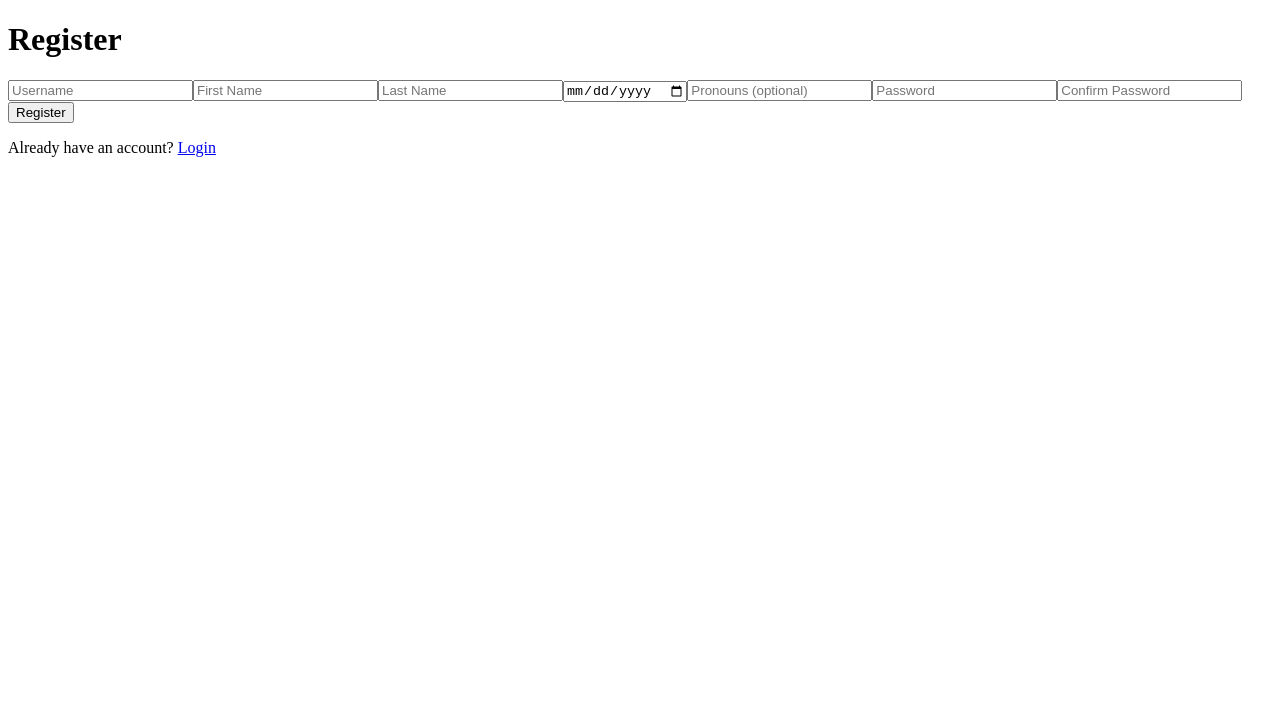
Repository: BMXracer44/CalendarConnect
Page: /register (app in frontend/)
The author's editor kept a copy of each file at every save. The page is drawn from the files as they stood at one save, then again after the next save.
The browser window is 1280 px wide. The pictures show the whole page.
The project was rebuilt for these pictures with package versions that can differ from the ones it lists, and the page was loaded fresh each time. Also part of the build but not shown: frontend/src/pages/Login.jsx.

Above is the page before, as saved 2026-04-01 12:07:54.

### frontend/src/index.js
import React from "react";
import ReactDOM from "react-dom/client";
import { RouterProvider } from "react-router-dom";
import { router } from "./router";
import "./index.css";


ReactDOM.createRoot(document.getElementById("root")).render(
  <RouterProvider router={router} />
);

### frontend/src/router.jsx
import { createBrowserRouter } from "react-router-dom";
import App from "./App";
import Login from "./pages/Login";
import Register from "./pages/Register";
import Home from "./pages/Home";

export const router = createBrowserRouter([
  {
    path: "/",
    element: <App />,   // 👈 use App here
    children: [
      { index: true, element: <Login /> },     // "/"
      { path: "register", element: <Register /> },
      { path: "home", element: <Home /> }
    ]
  }
]);

### frontend/src/App.js
import { Outlet } from "react-router-dom";

function App() {
  return (
    <div>
      <Outlet />
    </div>
  );
}

export default App;

### frontend/src/pages/Register.jsx
import React, { useState } from "react";
import { Link } from "react-router-dom";


const Register = () => {
  const [formData, setFormData] = useState({
    username: "",
    firstName: "",
    lastName: "",
    dateOfBirth: "",
    pronouns: "",
    password: "",
    confirmPassword: ""
  });

  const handleChange = (e) => {
    setFormData({
      ...formData,
      [e.target.name]: e.target.value
    });
  };

  const validatePassword = (password) => {
    const passwordRegex =
      /^(?=.*[0-9])(?=.*[!@#$%^&*])[A-Za-z0-9!@#$%^&*]{8,}$/;

    return passwordRegex.test(password);
  };

  const isAtLeast13 = (dob) => {
    const birthDate = new Date(dob);
    const today = new Date();

    let age = today.getFullYear() - birthDate.getFullYear();
    const monthDiff = today.getMonth() - birthDate.getMonth();

    if (
      monthDiff < 0 ||
      (monthDiff === 0 && today.getDate() < birthDate.getDate())
    ) {
      age--;
    }

    return age >= 13;
  };

  const handleSubmit = (e) => {
    e.preventDefault();

    if (
      !formData.username ||
      !formData.firstName ||
      !formData.lastName ||
      !formData.dateOfBirth ||
      !formData.password ||
      !formData.confirmPassword
    ) {
      alert("Please fill in all required fields.");
      return;
    }

    if (!isAtLeast13(formData.dateOfBirth)) {
      alert("You must be at least 13 years old to register.");
      return;
    }

    if (!validatePassword(formData.password)) {
      alert(
        "Password must be at least 8 characters long and include a number and a special character."
      );
      return;
    }

    if (formData.password !== formData.confirmPassword) {
      alert("Passwords do not match!");
      return;
    }

    console.log("Register submitted:", formData);
  };

  return (
    <div className="register">
      <h1>Register</h1>

      <form onSubmit={handleSubmit}>
        <input
          type="text"
          name="username"
          placeholder="Username"
          value={formData.username}
          onChange={handleChange}
        />

        <input
          type="text"
          name="firstName"
          placeholder="First Name"
          value={formData.firstName}
          onChange={handleChange}
        />

        <input
          type="text"
          name="lastName"
          placeholder="Last Name"
          value={formData.lastName}
          onChange={handleChange}
        />

        <input
          type="date"
          name="dateOfBirth"
          value={formData.dateOfBirth}
          onChange={handleChange}
        />

        <input
          type="text"
          name="pronouns"
          placeholder="Pronouns (optional)"
          value={formData.pronouns}
          onChange={handleChange}
        />

        <input
          type="password"
          name="password"
          placeholder="Password"
          value={formData.password}
          onChange={handleChange}
        />

        <input
          type="password"
          name="confirmPassword"
          placeholder="Confirm Password"
          value={formData.confirmPassword}
          onChange={handleChange}
        />

        <button type="submit">Register</button>
      </form>

      <p>
        Already have an account? <Link to="/">Login</Link>
      </p>
    </div>
  );
};

export default Register;

### frontend/src/index.css
/* Center page */
.login-container {
  height: 100vh;
  display: flex;
  justify-content: center;
  align-items: center;
  background: linear-gradient(135deg, #667eea, #764ba2);
  font-family: Arial, sans-serif;
}

/* Card */
.login-card {
  background: white;
  padding: 40px;
  border-radius: 12px;
  width: 320px;
  box-shadow: 0 10px 30px rgba(0,0,0,0.2);
  text-align: center;
}

/* Title */
.login-card h2 {
  margin-bottom: 10px;
  color: #333;
}

/* Subtitle */
.login-card p {
  color: #777;
  font-size: 14px;
}

/* Inputs */
.login-card input {
  width: 100%;
  padding: 12px;
  margin-top: 10px;
  border: 1px solid #ddd;
  border-radius: 8px;
  outline: none;
  transition: 0.2s;
}

.login-card input:focus {
  border-color: #667eea;
}

/* Button */
.login-card button {
  width: 100%;
  padding: 12px;
  margin-top: 15px;
  background: #667eea;
  color: white;
  border: none;
  border-radius: 8px;
  cursor: pointer;
  font-weight: bold;
  transition: 0.2s;
}

.login-card button:hover {
  background: #5a67d8;
}

/* Bottom text */
.bottom-text {
  margin-top: 15px;
  font-size: 13px;
}

.bottom-text a {
  color: #667eea;
  text-decoration: none;
}

Loaded but not shown: frontend/src/pages/Home.jsx (no stored copy; drawn as an empty file)

After the next save:
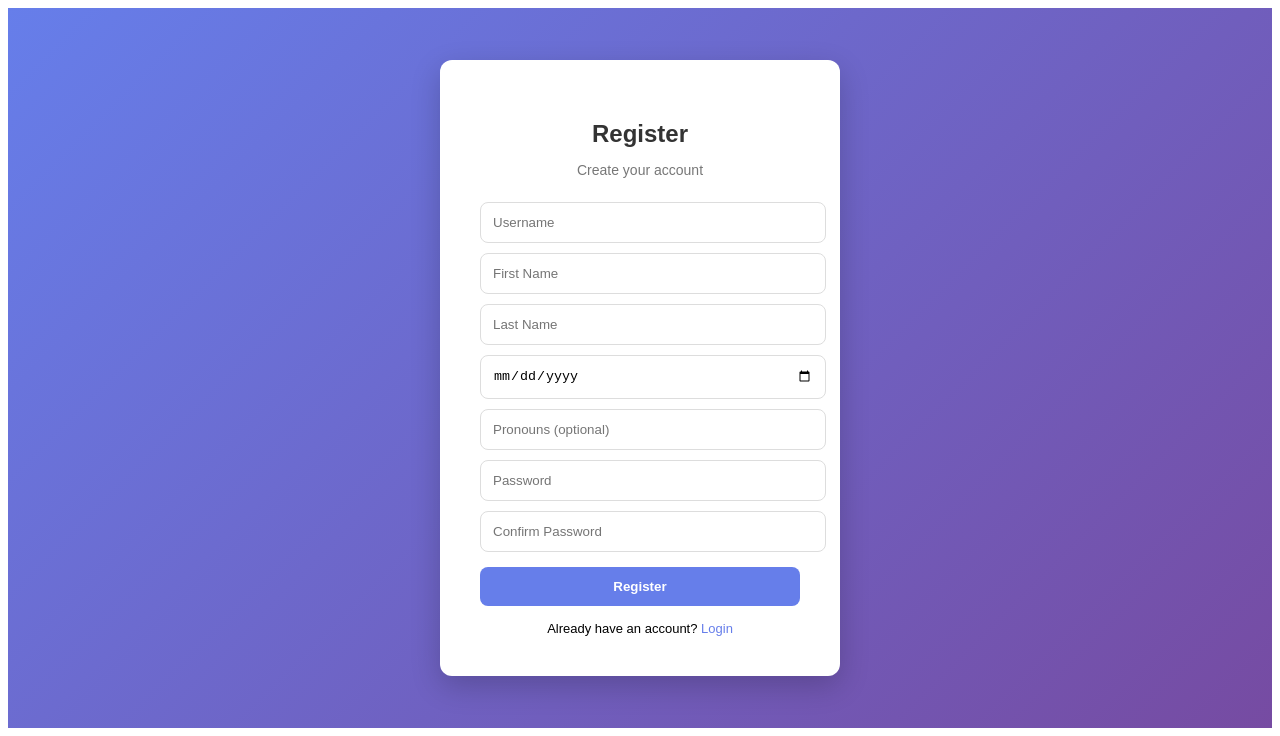
Saved 3 min 55 s later.
--- a/frontend/src/pages/Register.jsx
+++ b/frontend/src/pages/Register.jsx
@@ -1,6 +1,5 @@
 import React, { useState } from "react";
 import { Link } from "react-router-dom";
-
 
 const Register = () => {
   const [formData, setFormData] = useState({
@@ -66,7 +65,7 @@ const Register = () => {
 
     if (!validatePassword(formData.password)) {
       alert(
-        "Password must be at least 8 characters long and include a number and a special character."
+        "Password must be at least 8 characters, include a number and a special character."
       );
       return;
     }
@@ -80,71 +79,74 @@ const Register = () => {
   };
 
   return (
-    <div className="register">
-      <h1>Register</h1>
+    <div className="login-container">
+      <div className="login-card">
+        <h2>Register</h2>
+        <p>Create your account</p>
 
-      <form onSubmit={handleSubmit}>
-        <input
-          type="text"
-          name="username"
-          placeholder="Username"
-          value={formData.username}
-          onChange={handleChange}
-        />
+        <form onSubmit={handleSubmit}>
+          <input
+            type="text"
+            name="username"
+            placeholder="Username"
+            value={formData.username}
+            onChange={handleChange}
+          />
 
-        <input
-          type="text"
-          name="firstName"
-          placeholder="First Name"
-          value={formData.firstName}
-          onChange={handleChange}
-        />
+          <input
+            type="text"
+            name="firstName"
+            placeholder="First Name"
+            value={formData.firstName}
+            onChange={handleChange}
+          />
 
-        <input
-          type="text"
-          name="lastName"
-          placeholder="Last Name"
-          value={formData.lastName}
-          onChange={handleChange}
-        />
+          <input
+            type="text"
+            name="lastName"
+            placeholder="Last Name"
+            value={formData.lastName}
+            onChange={handleChange}
+          />
 
-        <input
-          type="date"
-          name="dateOfBirth"
-          value={formData.dateOfBirth}
-          onChange={handleChange}
-        />
+          <input
+            type="date"
+            name="dateOfBirth"
+            value={formData.dateOfBirth}
+            onChange={handleChange}
+          />
 
-        <input
-          type="text"
-          name="pronouns"
-          placeholder="Pronouns (optional)"
-          value={formData.pronouns}
-          onChange={handleChange}
-        />
+          <input
+            type="text"
+            name="pronouns"
+            placeholder="Pronouns (optional)"
+            value={formData.pronouns}
+            onChange={handleChange}
+          />
 
-        <input
-          type="password"
-          name="password"
-          placeholder="Password"
-          value={formData.password}
-          onChange={handleChange}
-        />
+          <input
+            type="password"
+            name="password"
+            placeholder="Password"
+            value={formData.password}
+            onChange={handleChange}
+          />
 
-        <input
-          type="password"
-          name="confirmPassword"
-          placeholder="Confirm Password"
-          value={formData.confirmPassword}
-          onChange={handleChange}
-        />
+          <input
+            type="password"
+            name="confirmPassword"
+            placeholder="Confirm Password"
+            value={formData.confirmPassword}
+            onChange={handleChange}
+          />
 
-        <button type="submit">Register</button>
-      </form>
+          <button type="submit">Register</button>
+        </form>
 
-      <p>
-        Already have an account? <Link to="/">Login</Link>
-      </p>
+        <div className="bottom-text">
+          Already have an account? <Link to="/">Login</Link>
+        </div>
+      </div>
     </div>
   );
 };
